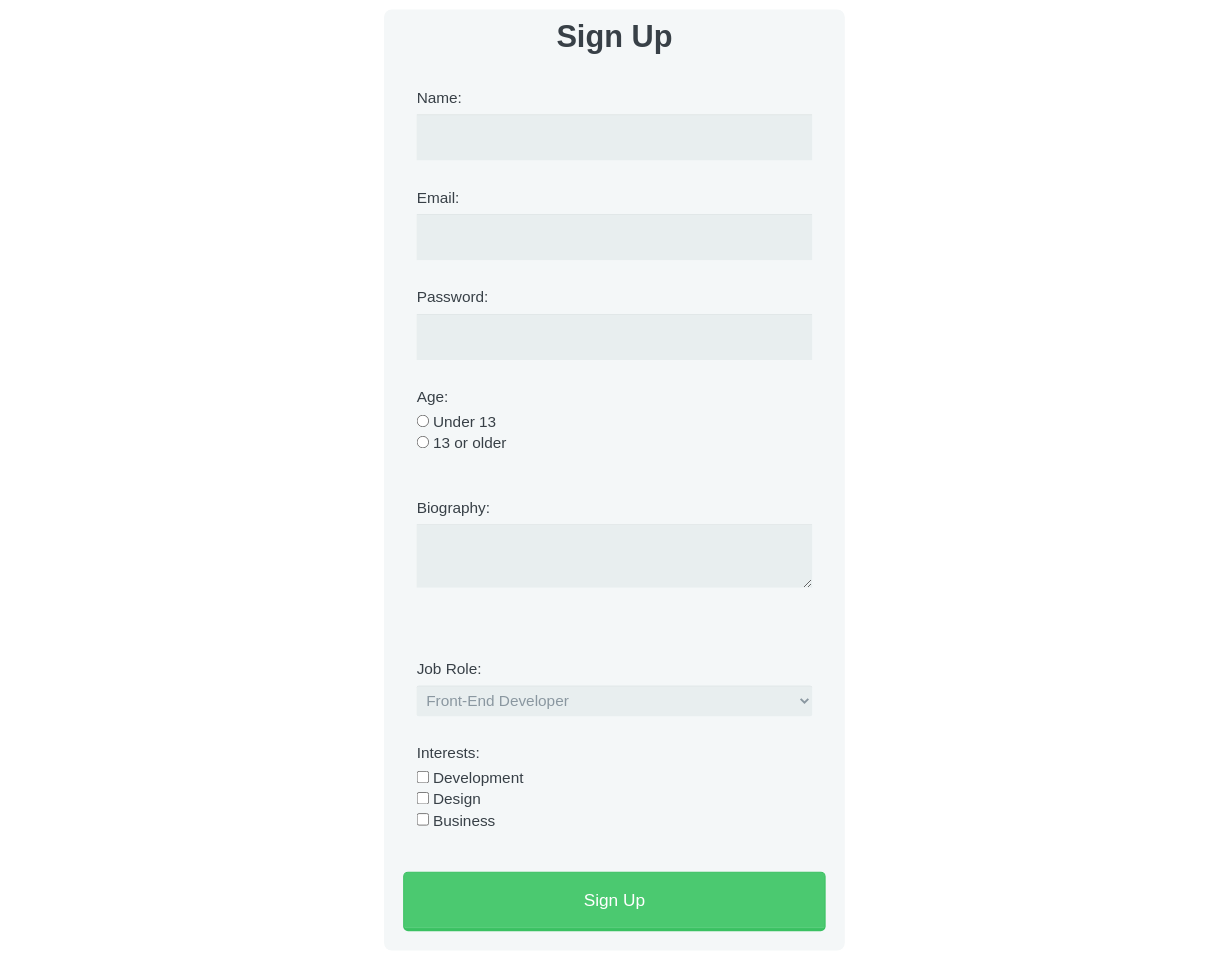
Repository: sunil965/JDBC-Servlet-JSP
Page: http://localhost/JspRegistrationTask/employee.jsp
The author's editor kept a copy of each file at every save. The page is drawn from the files as they stood at one save, then again after the next save.
The browser window is 1280 px wide. The pictures show the whole page, at 96% of full size.
The page is served by Tomcat 9. Other server files are loaded and not shown.

Above is the page before, as saved 2017-05-04 10:39:05.

### JspRegistrationTask/WebContent/employee.jsp
<%@ page language="java" contentType="text/html; charset=UTF-8"
    pageEncoding="UTF-8"%>
<!DOCTYPE html PUBLIC "-//W3C//DTD HTML 4.01 Transitional//EN" "http://www.w3.org/TR/html4/loose.dtd">
<!-- <html>
<head>
<meta http-equiv="Content-Type" content="text/html; charset=UTF-8">
<title>employee registeration</title>

<script type="text/javascript">
function employeeValidate(){
	var name = document.getElementByName("uname").value;
	var addr = document.getElementByName("addr").value;
	var cmp = document.getElementByName("cmp").value;
	var age = document.getElementByName("age").value;
	var gender = document.getElementByName("gender").value;
	var domain = document.getElementByName("domain").value;
	var lang = document.getElementByName("lang").value;
	var x=document.getElementById("mail").value;
	var atposition=x.indexOf("@");
	var dotposition=x.lastIndexOf(".");

	if (atposition<1 || dotposition<atposition+2 || dotposition+2>=x.length){
		  alert("Please enter a valid e-mail address");
		  return false;
		  }
	if(name.length==null||name==" "||name.length<=3)
	{
	alert("Enter name");
	return false;
	}
	if(addr.length==null || addr.length==" "){
		alert("Address can't be empty !!");
		return false;
	}
	if(cmp.length==null || cmp.length==" "){
		alert("Company can't be empty !!");
		return false;
	}
	if(age.length==null || age.length==" "){
		alert("Age can't be empty !!");
		return false;
	}
	if(gender.length==null || gender.length==" "){
		alert("Gender can't be empty !!");
		return false;
	}
	if(domain.length==None || domain.length==" "){
		alert("Choose Any Technology !!");
		return false;
	}
	if(lang.length==None || lang.length==" "){
		alert("Company can't be empty !!");
		return false;
	}
	return true;
}

</script>

</head>
<body>
<div align="right"><a href="employeeDetails">Employee Details</a></div>
<div align="center">
 <h1>EMPLOYEE REGISTRATION</h1>
	<form action="employeeRegister" method="post" onsubmit="return employeeValidate()">
		UID : <input type="text" name="uid"><br><br>
		Name :<input type="text" name="uname" id="name"><br><br>
		Email_ID :<input type="email" name="mail" id="mail"><br><br>
		Address : <textarea rows="2" cols="20" name="address" id="addr"></textarea><br><br>
		Company: <input type="text" name="company" id="cmp"><br><br>
		Age : <input type="text" name="age" id="age"><br><br>
		Gender : <input type="radio" name="gender" value="male" checked id="gender"> Male
  				 <input type="radio" name="gender" value="female" id="gender"> Female<br><br><br>
		Specialized : <select name="specialized" id="domain">
						  <option value="">None</option>
						  <option value="C">C</option>
						  <option value="C++">C++</option>
						  <option value="C#">C#</option>
						  <option value="JAVA">JAVA</option>
						  <option value=".NET">.NET</option>
						  <option value="SQL">SQL</option>
						  <option value="ANDROID">ANDROID</option>
						  <option value="IOS">IOS</option>
						  <option value="PYTHON">PYTHON</option>
						  <option value="RUBY">RUBY</option>
						</select><br><br>
		Language : <select name="language" id="lang">
						  <option value="">None</option>
						  <option value="Hindi">Hindi</option>
						  <option value="English">English</option>
						  <option value="Punjabi">Punjabi</option>
						  <option value="Marathi">Marathi</option>
						  <option value="Tamil">Tamil</option>
						  <option value="Telgu">Telgu</option>
						  <option value="Bangali">Bangali</option>
						  <option value="Odia">Odia</option>
						</select><br><br>
						<input type="submit">
	</form>
  </div>
</body>
</html> -->
<html>
<head>
<title>employee_regis</title>
<style type="text/css">
*, *:before, *:after {
  -moz-box-sizing: border-box;
  -webkit-box-sizing: border-box;
  box-sizing: border-box;
}

body {
  font-family: 'Nunito', sans-serif;
  color: #384047;
}

form {
  max-width: 300px;
  margin: 10px auto;
  padding: 10px 20px;
  background: #f4f7f8;
  border-radius: 8px;
}

h1 {
  margin: 0 0 30px 0;
  text-align: center;
}

input[type="text"],
input[type="password"],
input[type="date"],
input[type="datetime"],
input[type="email"],
input[type="number"],
input[type="search"],
input[type="tel"],
input[type="time"],
input[type="url"],
textarea,
select {
  background: rgba(255,255,255,0.1);
  border: none;
  font-size: 16px;
  height: auto;
  margin: 0;
  outline: 0;
  padding: 15px;
  width: 100%;
  background-color: #e8eeef;
  color: #8a97a0;
  box-shadow: 0 1px 0 rgba(0,0,0,0.03) inset;
  margin-bottom: 30px;
}

input[type="radio"],
input[type="checkbox"] {
  margin: 0 4px 8px 0;
}

select {
  padding: 6px;
  height: 32px;
  border-radius: 2px;
}

button {
  padding: 19px 39px 18px 39px;
  color: #FFF;
  background-color: #4bc970;
  font-size: 18px;
  text-align: center;
  font-style: normal;
  border-radius: 5px;
  width: 100%;
  border: 1px solid #3ac162;
  border-width: 1px 1px 3px;
  box-shadow: 0 -1px 0 rgba(255,255,255,0.1) inset;
  margin-bottom: 10px;
}

fieldset {
  margin-bottom: 30px;
  border: none;
}

legend {
  font-size: 1.4em;
  margin-bottom: 10px;
}

label {
  display: block;
  margin-bottom: 8px;
}

label.light {
  font-weight: 300;
  display: inline;
}

@media screen and (min-width: 480px) {

  form {
    max-width: 480px;
  }

}
</style>
<script type="text/javascript"></script>
</head>
<body>
<form action="index.html" method="post">

        <h1>Sign Up</h1>

        <fieldset>
          <label for="name">Name:</label>
          <input type="text" id="name" name="user_name">

          <label for="mail">Email:</label>
          <input type="email" id="mail" name="user_email">

          <label for="password">Password:</label>
          <input type="password" id="password" name="user_password">

          <label>Age:</label>
          <input type="radio" id="under_13" value="under_13" name="user_age"><label for="under_13" class="light">Under 13</label><br>
          <input type="radio" id="over_13" value="over_13" name="user_age"><label for="over_13" class="light">13 or older</label>
        </fieldset>

        <fieldset>
          <label for="bio">Biography:</label>
          <textarea id="bio" name="user_bio"></textarea>
        </fieldset>
        <fieldset>
        <label for="job">Job Role:</label>
        <select id="job" name="user_job">
          <optgroup label="Web">
            <option value="frontend_developer">Front-End Developer</option>
            <option value="php_developor">PHP Developer</option>
            <option value="python_developer">Python Developer</option>
            <option value="rails_developer"> Rails Developer</option>
            <option value="web_designer">Web Designer</option>
            <option value="WordPress_developer">WordPress Developer</option>
          </optgroup>
          <optgroup label="Mobile">
            <option value="Android_developer">Androild Developer</option>
            <option value="iOS_developer">iOS Developer</option>
            <option value="mobile_designer">Mobile Designer</option>
          </optgroup>
          <optgroup label="Business">
            <option value="business_owner">Business Owner</option>
            <option value="freelancer">Freelancer</option>
          </optgroup>
          <optgroup label="Other">
            <option value="secretary">Secretary</option>
            <option value="maintenance">Maintenance</option>
          </optgroup>
        </select>

          <label>Interests:</label>
          <input type="checkbox" id="development" value="interest_development" name="user_interest"><label class="light" for="development">Development</label><br>
            <input type="checkbox" id="design" value="interest_design" name="user_interest"><label class="light" for="design">Design</label><br>
          <input type="checkbox" id="business" value="interest_business" name="user_interest"><label class="light" for="business">Business</label>

        </fieldset>
        <button type="submit">Sign Up</button>
      </form>
</body>
</html>

After the next save:
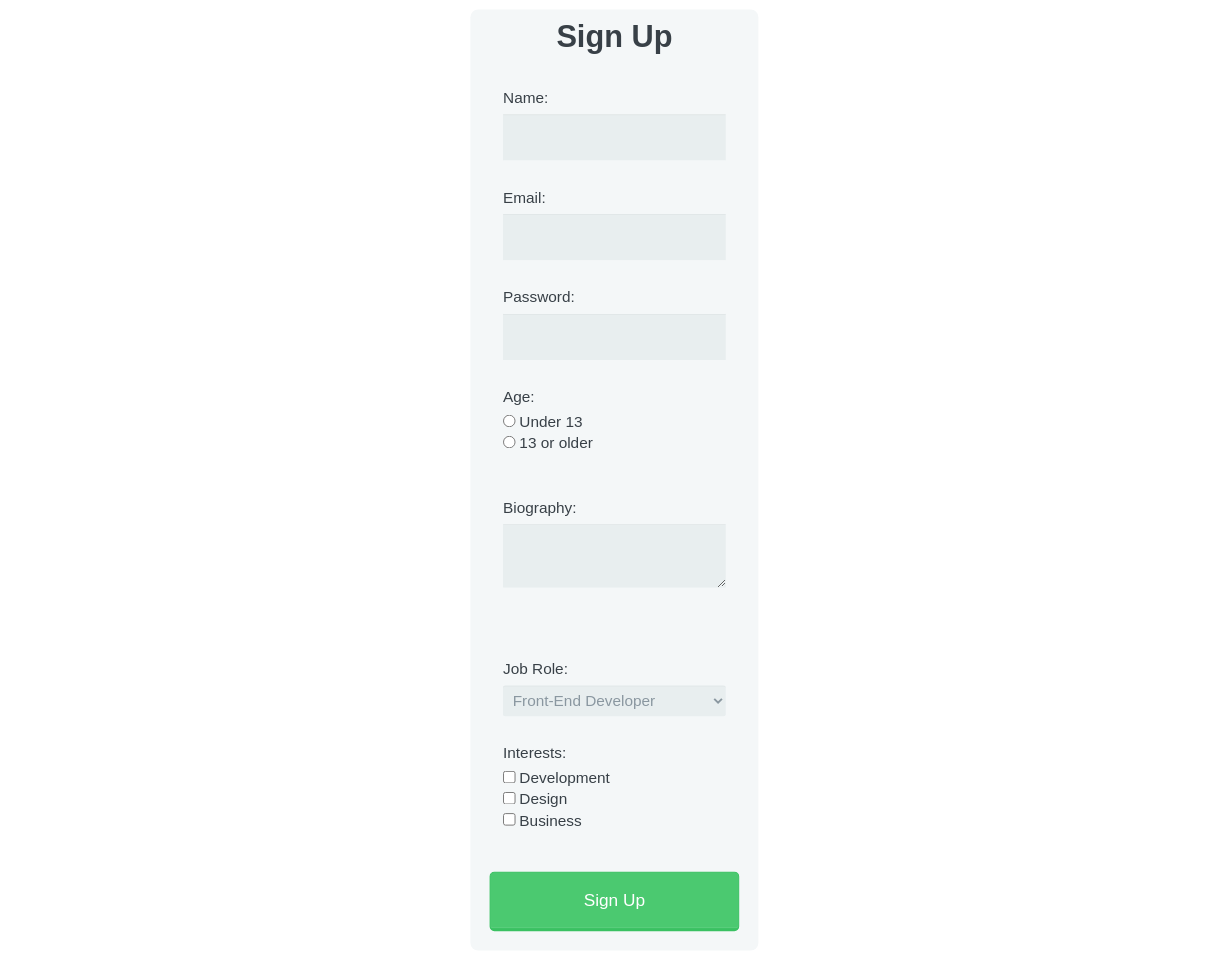
Saved 30 s later.
--- a/JspRegistrationTask/WebContent/employee.jsp
+++ b/JspRegistrationTask/WebContent/employee.jsp
@@ -200,13 +200,7 @@
   display: inline;
 }
 
-@media screen and (min-width: 480px) {
-
-  form {
-    max-width: 480px;
-  }
-
-}
+
 </style>
 <script type="text/javascript"></script>
 </head>

After the save that followed:
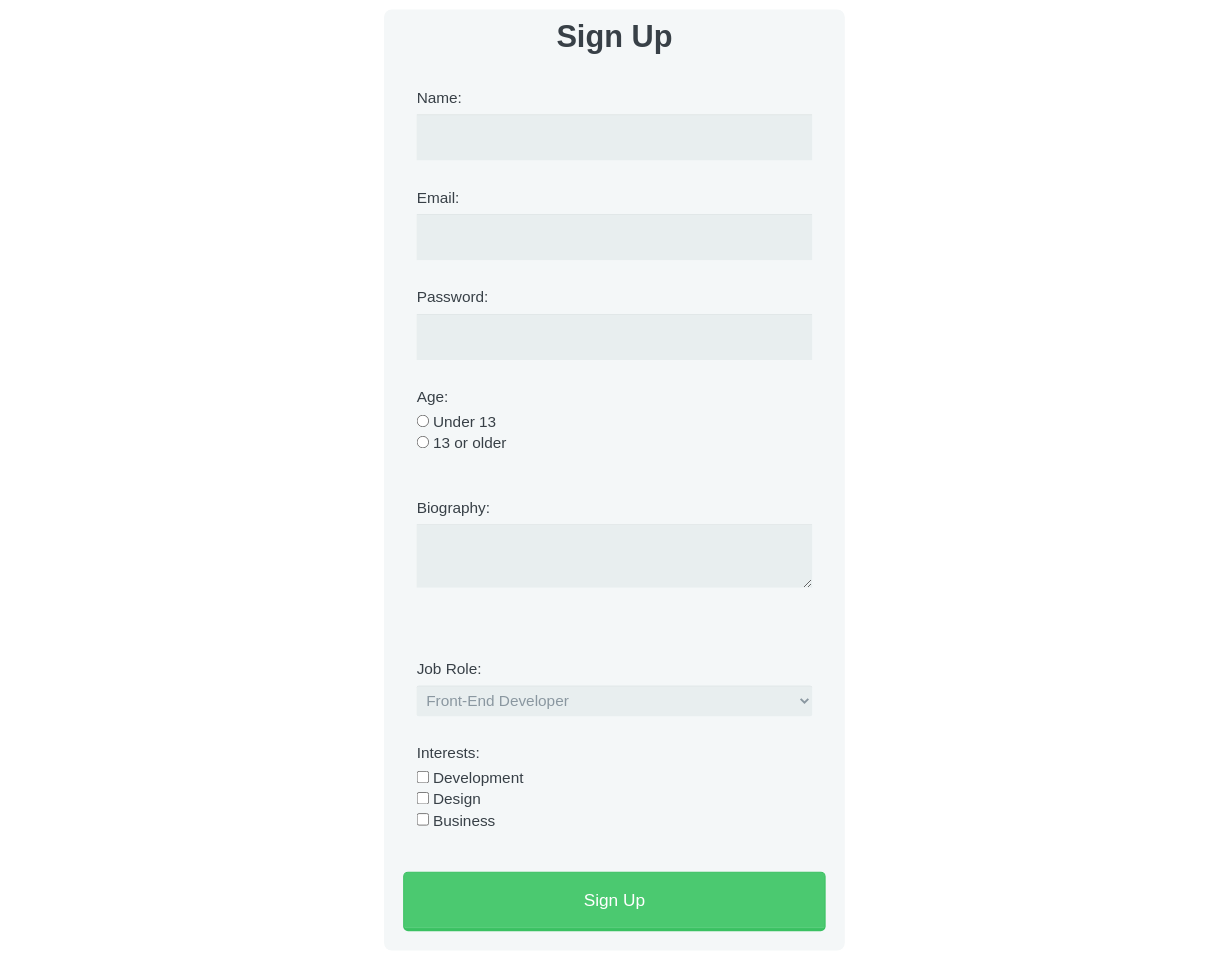
Saved 25 s later.
--- a/JspRegistrationTask/WebContent/employee.jsp
+++ b/JspRegistrationTask/WebContent/employee.jsp
@@ -200,7 +200,13 @@
   display: inline;
 }
 
-
+@media screen and (min-width: 480px) {
+
+  form {
+    max-width: 480px;
+  }
+
+}
 </style>
 <script type="text/javascript"></script>
 </head>
